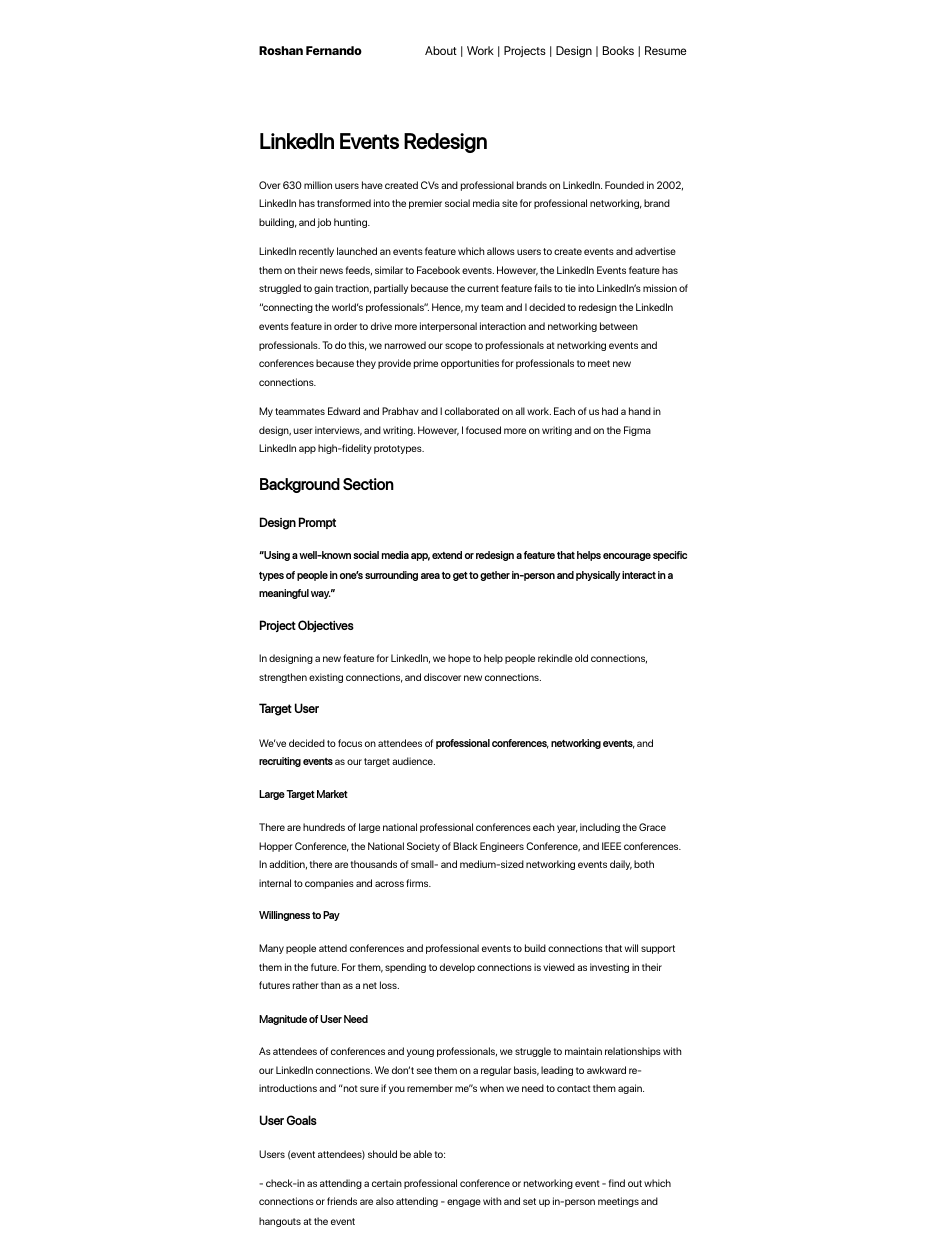
Repository: rdf004/rdf004.github.io
Page: /case1
The author's editor kept a copy of each file at every save. The page is drawn from the files as they stood at one save, then again after the next save.
The browser window is 1280 px wide. The pictures show the whole page, at 74% of full size.
The project was rebuilt for these pictures with package versions that can differ from the ones it lists, and the page was loaded fresh each time. Also part of the build but not shown: src/Components/About.js, src/Components/Work.js, src/Components/Projects.js, src/Components/Design.js, src/Components/Books.js, src/Components/Resume.js.

Above is the page before, as saved 2019-11-20 21:09:40.

After the next save:
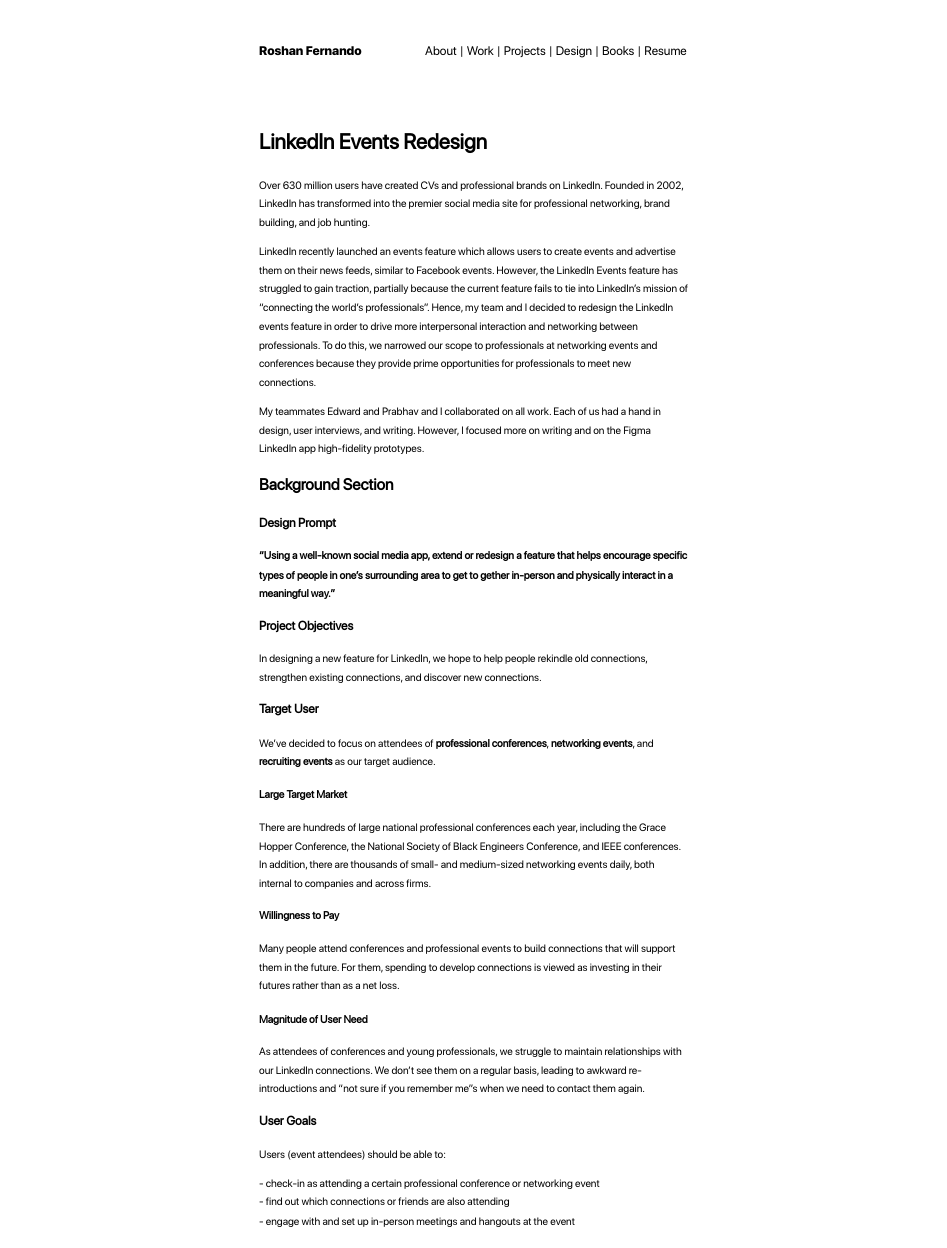
Saved 11 s later.
--- a/src/Components/Case1.js
+++ b/src/Components/Case1.js
@@ -31,9 +31,9 @@
                     <p>As attendees of conferences and young professionals, we struggle to maintain relationships with our LinkedIn connections. We don’t see them on a regular basis, leading to awkward re-introductions and “not sure if you remember me”s when we need to contact them again.</p>
                     <h3>User Goals</h3>
                     <p>Users (event attendees) should be able to:</p>
-                    - check-in as attending a certain professional conference or networking event
-                    - find out which connections or friends are also attending
-                    - engage with and set up in-person meetings and hangouts at the event
+                    - check-in as attending a certain professional conference or networking event<br/>
+                    - find out which connections or friends are also attending<br/>
+                    - engage with and set up in-person meetings and hangouts at the event<br/>
                 </p>
             </div>
 
